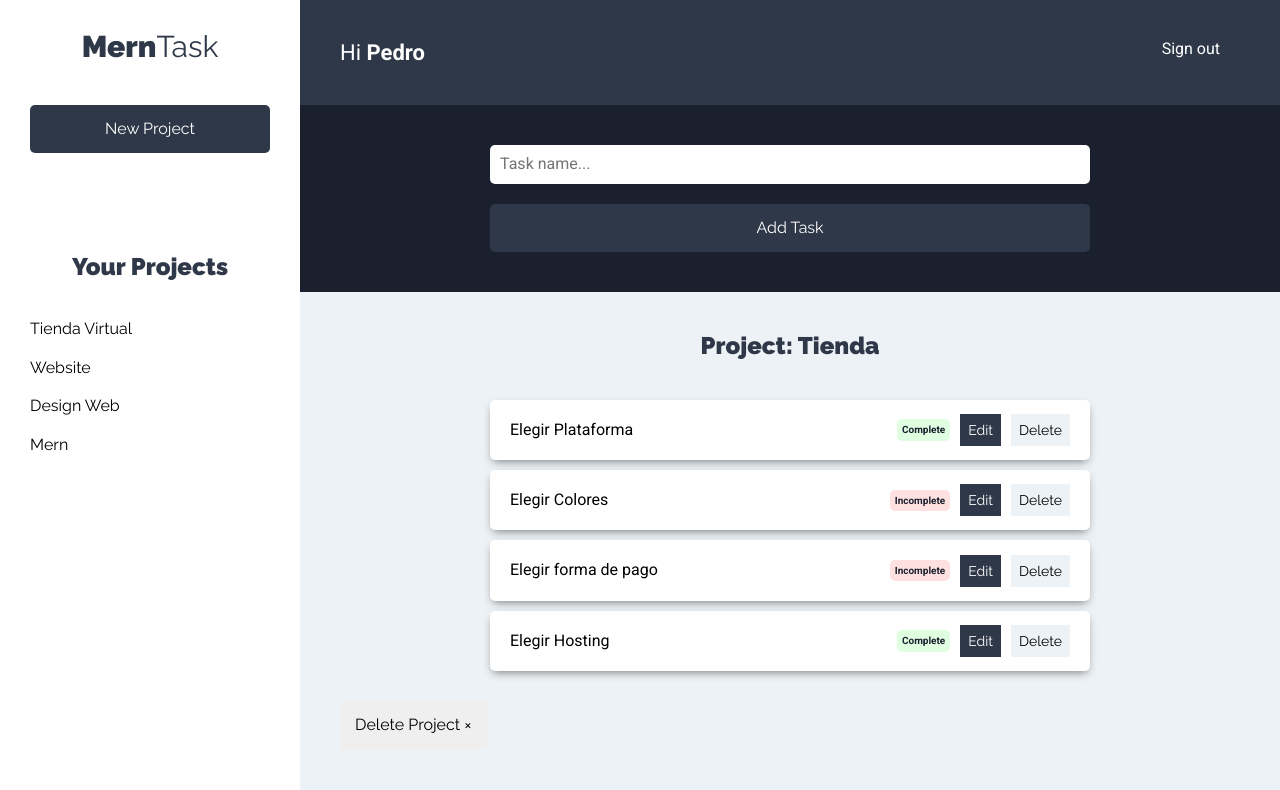
Repository: ppfeliuu/MERN-Task-Client
Page: /projects
An editor plug-in stored every save of this project. The page is shown before and after a run of saves, followed by the edit.
The browser window is 1280 px wide. The pictures show the whole page.
The project was rebuilt for these pictures with package versions that can differ from the ones it lists, and the page was loaded fresh each time. Also part of the build but not shown: src/components/auth/Login.js, src/components/auth/NewAccount.js. Imported but missing from the stored project, and not drawn on this page: src/types.

Above is the page before, as saved 2020-02-20 20:29:17.

After the next 3 saves:
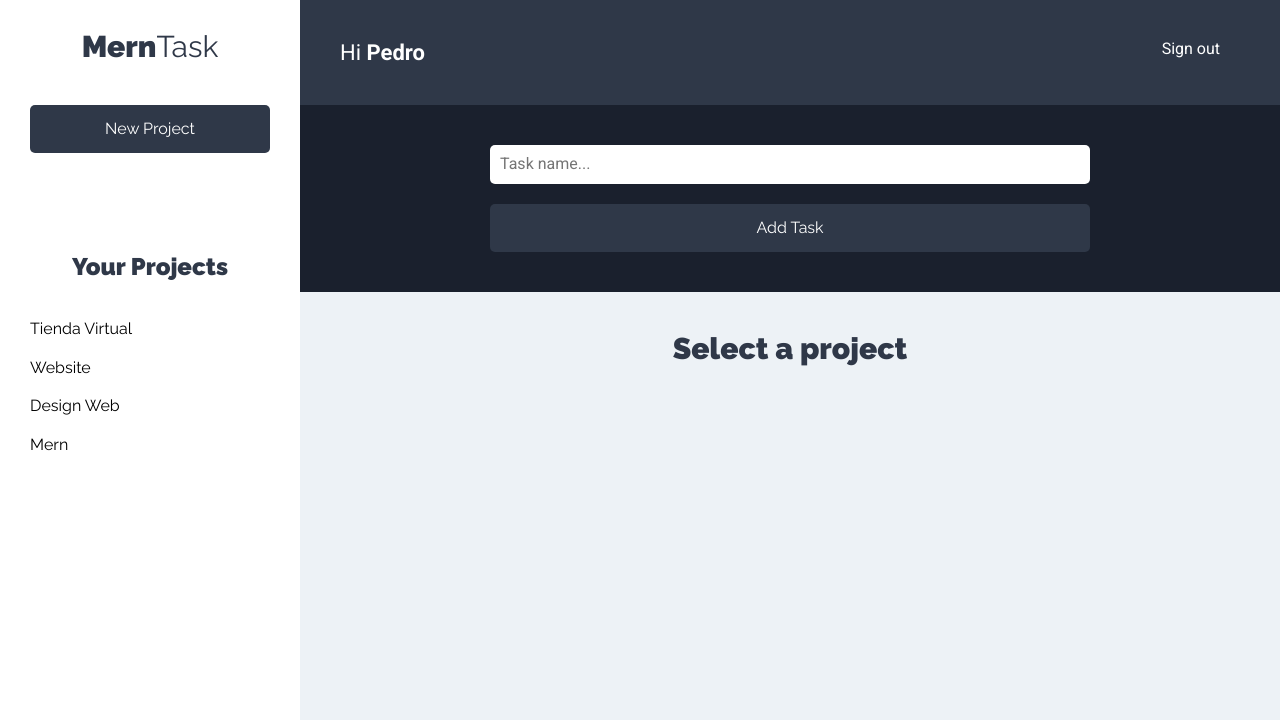
The 3 saves are shown as one change because 2 did not build or start.
The last was saved 2 min 17 s later.
--- a/src/components/task/ListTasks.js
+++ b/src/components/task/ListTasks.js
@@ -5,6 +5,12 @@ import projectContext from "../../context/projects/projectContext";
 const ListTasks = () => {
   const projectsContext = useContext(projectContext);
   const { currentproject } = projectsContext;
+
+  //No project selected
+  if(!currentproject) return <h1>Select a project</h1>
+
+  //Array destructuring for project name
+  const [curProject] = currentproject;
 
   const task = [
     {
@@ -27,7 +33,7 @@ const ListTasks = () => {
 
   return (
     <>
-      <h2>Project: Tienda</h2>
+      <h2>Project: {curProject.name}</h2>
 
       <ul className="listado-tareas">
         {task.length === 0 ? (
